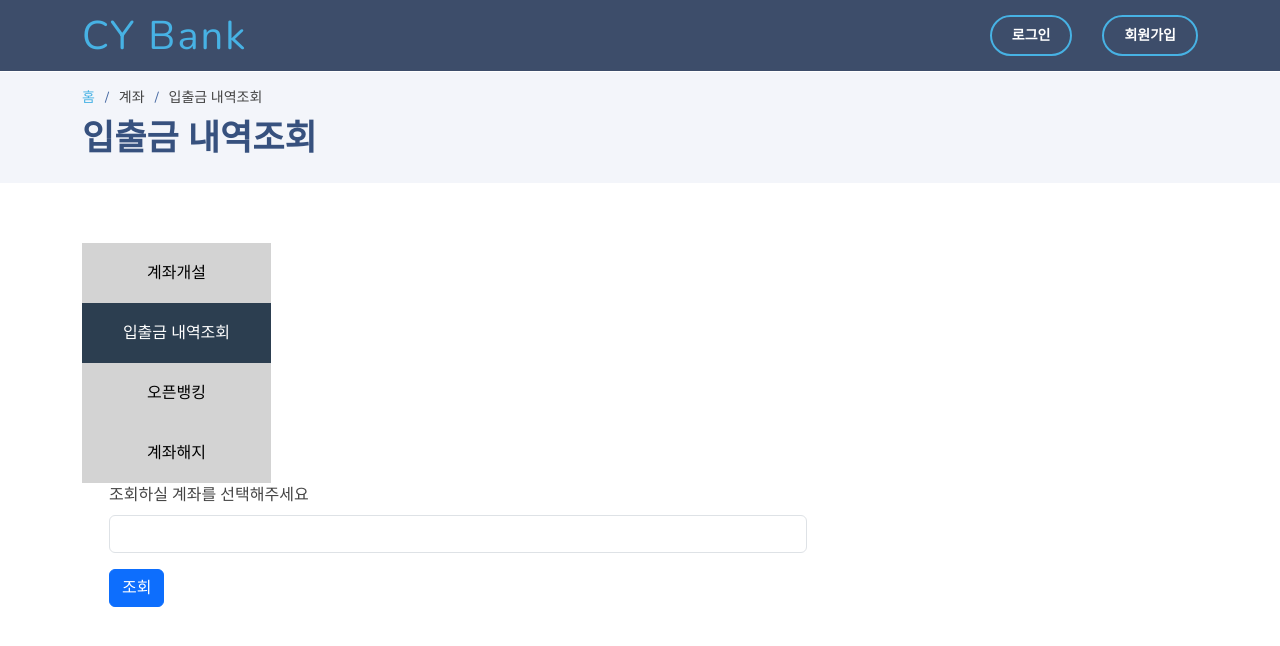
Repository: scy0814/Spring
Page: http://localhost/CYBank/jsp/transaction/TransactionHistory.jsp
These files come from the project's save history. The page is drawn as it stood at one moment and after the next save; the edit follows.
The browser window is 1280 px wide. The pictures show the whole page.
The page is served by Tomcat 9. Other server files are loaded and not shown. The template is opened directly, without the code that normally fills it, so the values that code supplies are empty.

Above is the page before, as saved 2023-06-29 09:55:38.

### CYBank/src/main/webapp/jsp/transaction/TransactionHistory.jsp
<%@ page language="java" contentType="text/html; charset=UTF-8" pageEncoding="UTF-8"%>
<%@ taglib uri="http://java.sun.com/jsp/jstl/core" prefix="c"%>
<!DOCTYPE html>
<html>
<head>
<meta charset="UTF-8">
<title>Insert title here</title>
<link rel="stylesheet" href="https://stackpath.bootstrapcdn.com/bootstrap/4.5.2/css/bootstrap.min.css">
<script src="https://code.jquery.com/jquery-3.6.0.min.js"></script>
<style>
.button {
    width: 5cm;
    height: 60px;
    display: inline-block;
    padding: 10px 20px;
    border: none;
    background-color: lightgray;
    color: black;
    text-align: center;
    text-decoration: none;
    font-size: 16px;
    cursor: pointer;
    border-radius: 0;
  }
  #button2{
  background-color: rgb(44, 62, 80);
    color: white;
  }
  .myHr {
    width: 5cm;
    margin-left: 0;
  }
</style>
</head>
<header>
<jsp:include page="/jsp/include/header.jsp" />
</header>
<body>
<section id="breadcrumbs" class="breadcrumbs">
      <div class="container">

        <ol>
          <li><a href="/index.jsp">홈</a></li>
          <li>계좌</li>
          <li>입출금 내역조회</li>
        </ol>
        <h2 style="font-size : 35px;">입출금 내역조회</h2>

      </div>
    </section><!-- End Breadcrumbs -->

    <section class="inner-page">
      <div class="container">


	<form action="${pageContext.request.contextPath}/createAccount.do" method="post">
    <button type="submit" class="button" id="button1">계좌개설</button>
  </form>

  <form action="${pageContext.request.contextPath}/transactionHistory.do" method="post">
    <button type="submit" class="button" id="button2">입출금 내역조회</button><br>
  </form>

  <form action="${pageContext.request.contextPath}/openBanking.do" method="post">
    <button type="submit" class="button">오픈뱅킹</button><br>
  </form>

  <form action="${pageContext.request.contextPath}/closeAccount.do" method="post">
    <button type="submit" class="button">계좌해지</button>
  </form>

  <form id="closeAccountForm" class="closeAccount" method="post">
		<div class="container">
				<div class="col-lg-8">
							<div class="form-group">
								<label for="accountType">조회하실 계좌를 선택해주세요</label> <select name="closeAccount"
									class="form-control">
									<c:forEach var="account" items="${accountList}">
										<option value="${account.accountNum}">${account.accountNum}
											- ${account.accountName} (${account.type})</option>
									</c:forEach>
								</select>
							</div>
							<div id="error"></div>
							<button type="button"
								onclick="showConfirmation('${pageContext.request.contextPath}')"
								class="btn btn-primary">조회</button>
						</div>
					</div>
	</form>

  </div>
  </section>
</body>
</html>

### CYBank/src/main/webapp/jsp/include/header.jsp
<%@ page language="java" contentType="text/html; charset=UTF-8"
    pageEncoding="UTF-8"%>
    <%@ taglib prefix="c" uri="http://java.sun.com/jsp/jstl/core"%>
<!DOCTYPE html>
<html>
<head>
<meta charset="UTF-8">
 <!-- Favicons -->
  <link href="assets/img/favicon.png" rel="icon">
  <link href="assets/img/apple-touch-icon.png" rel="apple-touch-icon">


  <!-- Google Fonts -->
  <link href="https://fonts.googleapis.com/css?family=Open+Sans:300,300i,400,400i,600,600i,700,700i|Nunito:300,300i,400,400i,600,600i,700,700i|Poppins:300,300i,400,400i,500,500i,600,600i,700,700i" rel="stylesheet">

  <!-- Vendor CSS Files -->
  <link href="/CYBank/css/vendor/aos/aos.css" rel="stylesheet">
  <link href="/CYBank/css/vendor/bootstrap/css/bootstrap.min.css" rel="stylesheet">
  <link href="/CYBank/css/vendor/bootstrap-icons/bootstrap-icons.css" rel="stylesheet">
  <link href="/CYBank/css/vendor/glightbox/css/glightbox.min.css" rel="stylesheet">
  <link href="/CYBank/css/vendor/remixicon/remixicon.css" rel="stylesheet">
  <link href="/CYBank/css/vendor/swiper/swiper-bundle.min.css" rel="stylesheet">

  <!-- Template Main CSS File -->
  <link href="/CYBank/css/css/style.css" rel="stylesheet">
  <style>
  .fixed-top {
    position: fixed;
    z-index: 1030;
    background: #283a5ae6;
    top: 0;
    right: 0;
    left: 0;
}
  </style>

<title>Insert title here</title>
</head>
<body>
<!-- ======= Header ======= -->
  <header id="header" class="header fixed-top">
    <div class="container-fluid container-xl d-flex align-items-center justify-content-between">

      <a href="index.jsp" class="logo d-flex align-items-center">
        <span class="cybank">CY Bank</span>
      </a>
		<c:set var="isLogin" value="${empty user }" />
      <nav id="navbar" class="navbar">
        <ul>
        <c:if test="${not empty user}">
          <li><a class="nav-link scrollto active" href="index.jsp">홈</a></li>
          <li><a class="nav-link scrollto" href="${pageContext.request.contextPath }/noticeList.do">공지사항</a></li>
          <li><a class="nav-link scrollto" href="#about">오픈뱅킹</a></li>
           <li class="dropdown"><a href="${pageContext.request.contextPath }/account.do"><span>계좌</span> <i class="bi bi-chevron-down"></i></a>
            <ul>
              <li><a href="${pageContext.request.contextPath}/account.do">나의 계좌</a></li>
              <li><a href="${pageContext.request.contextPath}/createAccount.do">계좌 개설</a></li>
              <li><a href="${pageContext.request.contextPath}/transactionHistory.do">입출금 내역</a></li>
              <li><a href="${pageContext.request.contextPath}/closeAccount.do">계좌 해지</a></li>
            </ul>
          </li>
          <li><a class="nav-link scrollto" href="${pageContext.request.contextPath }/myPage.do">마이페이지</a></li>
          <li><a class="nav-link scrollto" href="${pageContext.request.contextPath }/customerCenter.do">고객센터</a></li>
          <li><a class="nav-link scrollto" href="${pageContext.request.contextPath }/logout.do">로그아웃</a></li>
          </c:if>
		<c:if test="${empty user}">
          <li><a class="getstarted scrollto" href="${pageContext.request.contextPath }/login.do">로그인</a></li>
          <li><a class="getstarted scrollto" href="${pageContext.request.contextPath }/signup.do">회원가입</a></li>
          </c:if>
        </ul>
        <i class="bi bi-list mobile-nav-toggle"></i>
      </nav><!-- .navbar -->

    </div>
  </header><!-- End Header -->
  <!-- Vendor JS Files -->
  <script src="/CYBank/css/vendor/purecounter/purecounter_vanilla.js"></script>
  <script src="/CYBank/css/vendor/aos/aos.js"></script>
  <script src="/CYBank/css/vendor/bootstrap/js/bootstrap.bundle.min.js"></script>
  <script src="/CYBank/css/vendor/glightbox/js/glightbox.min.js"></script>
  <script src="/CYBank/css/vendor/isotope-layout/isotope.pkgd.min.js"></script>
  <script src="/CYBank/css/vendor/swiper/swiper-bundle.min.js"></script>
  <script src="/CYBank/css/vendor/php-email-form/validate.js"></script>

  <!-- Template Main JS File -->
  <script src="/CYBank/css/js/main.js"></script>

</body>
</html>

Loaded but not shown: CYBank/src/main/webapp/css/js/main.js (258 lines, source omitted); CYBank/src/main/webapp/css/css/style.css (1830 lines, source omitted)

After the next save:
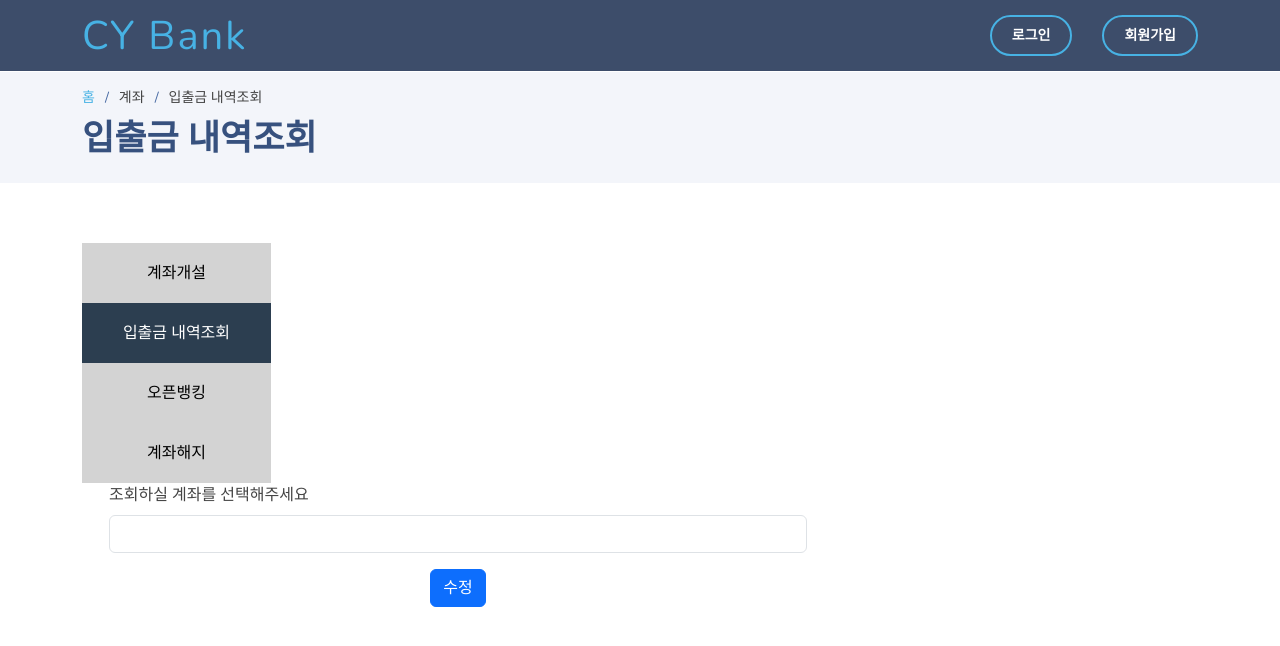
Saved 2 min 26 s later.
--- a/CYBank/src/main/webapp/jsp/transaction/TransactionHistory.jsp
+++ b/CYBank/src/main/webapp/jsp/transaction/TransactionHistory.jsp
@@ -81,10 +81,9 @@
 									</c:forEach>
 								</select>
 							</div>
-							<div id="error"></div>
-							<button type="button"
-								onclick="showConfirmation('${pageContext.request.contextPath}')"
-								class="btn btn-primary">조회</button>
+							<div class="text-center">
+                            <button type="submit" class="btn btn-primary">수정</button>
+                        </div>
 						</div>
 					</div>
 	</form>
